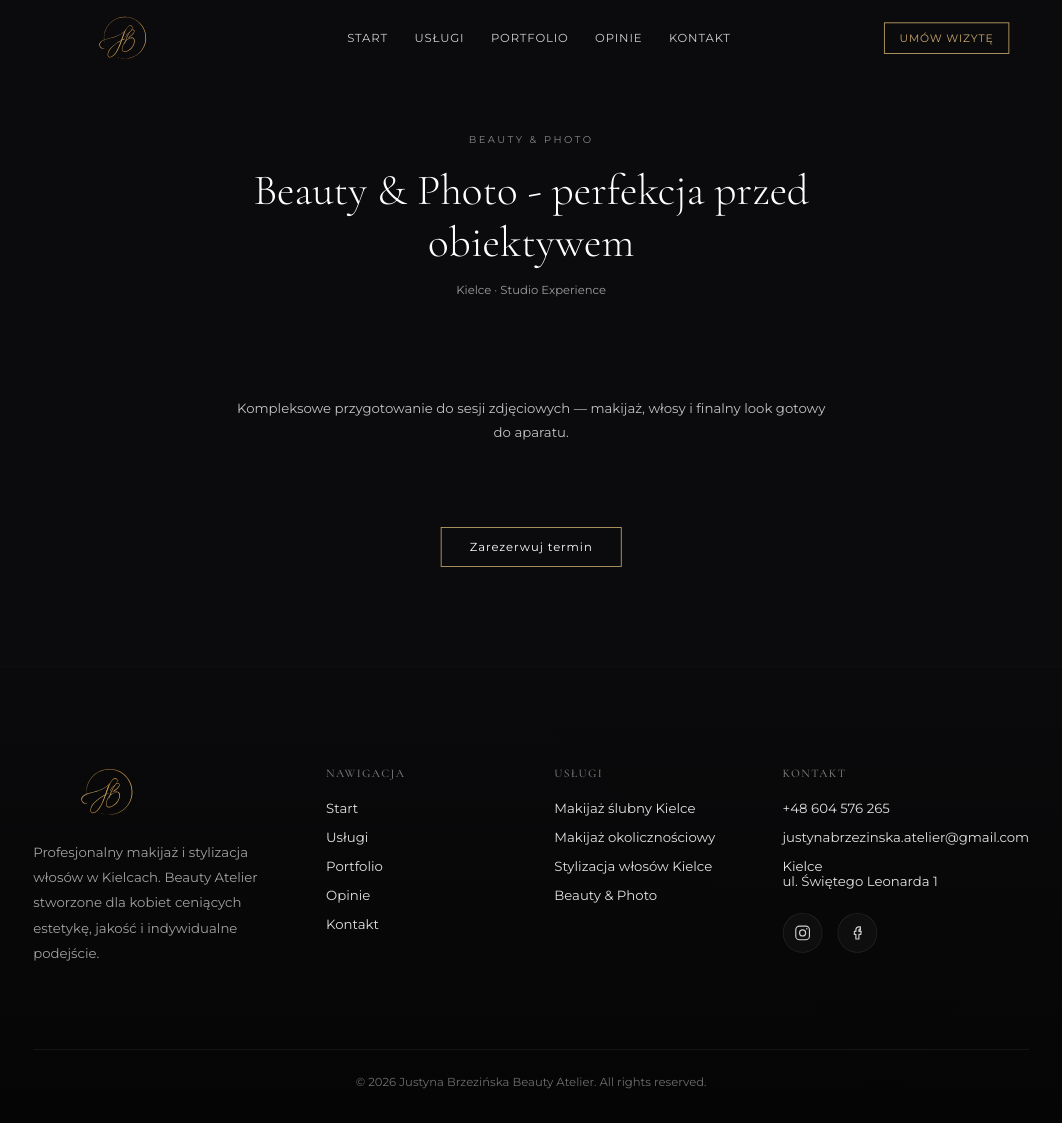
Repository: justynabrzezinskaatelier-bot/justynabrzezinska
Page: /uslugi/beauty-photo-kielce
These files come from the project's save history. The page is drawn as it stood at one moment and after a run of saves; the edit follows.
The browser window is 1280 px wide. The pictures show the whole page, at 83% of full size.
The project was rebuilt for these pictures with package versions that can differ from the ones it lists, and the page was loaded fresh each time. The framework's server and built-in components were replaced by stand-ins that run in the browser. Also part of the build but not shown: next.config.ts.

Above is the page before, as saved 2026-05-09 19:24:57.

After the next 2 saves:
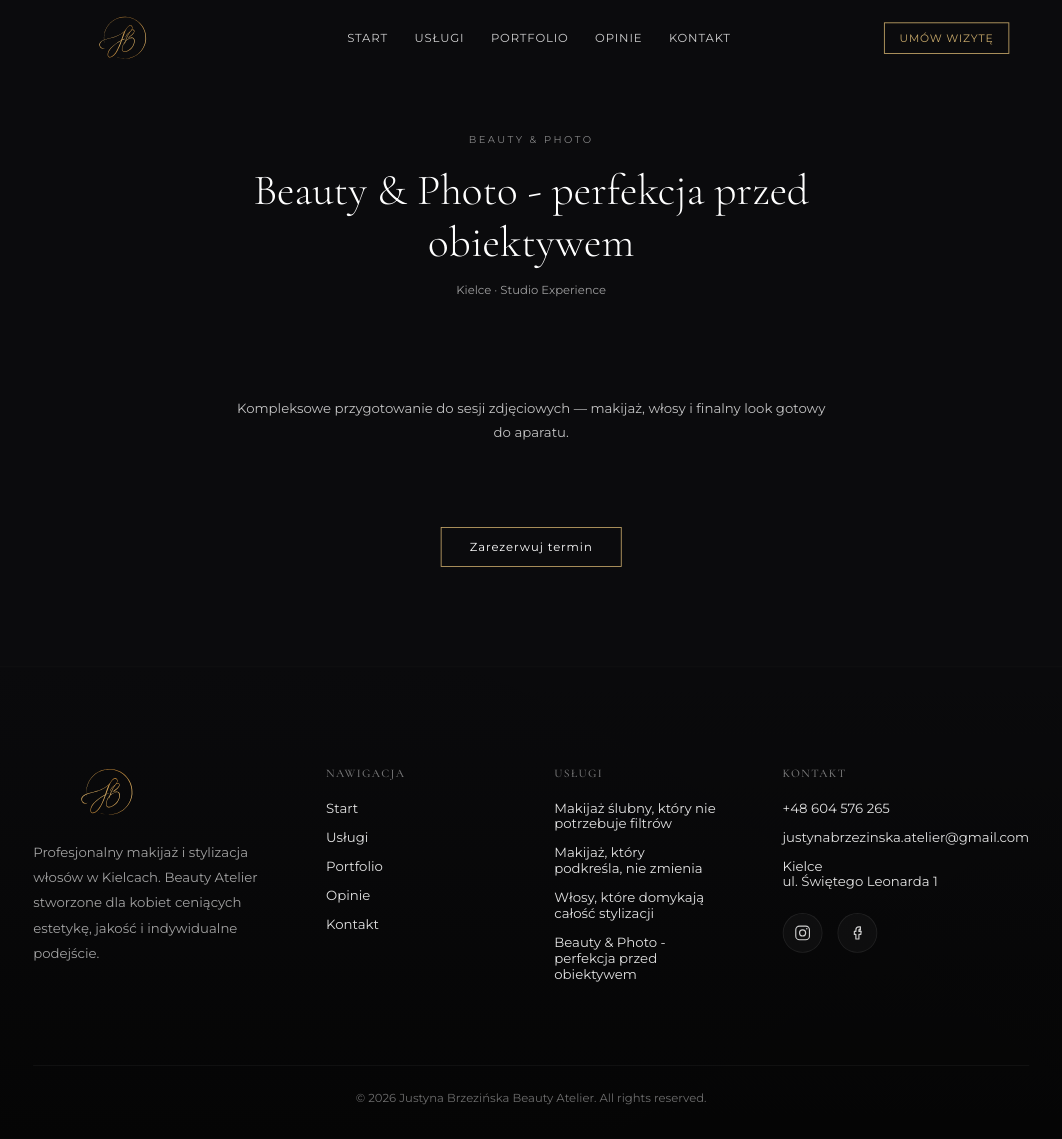
The 2 saves are shown as one change because 1 did not build or start.
The last was saved 94 s later.
--- a/src/components/Footer/Footer.tsx
+++ b/src/components/Footer/Footer.tsx
@@ -1,6 +1,7 @@
 import styles from "./Footer.module.css";
 import Link from "next/link";
 import Image from "next/image";
+import { services } from "@/lib/services";
 
 export default function Footer() {
     return (
@@ -37,26 +38,19 @@
                     </nav>
                 </div>
 
-                {/* SERVICES */}
+                {/* SERVICES (DYNAMICZNE) */}
                 <div className={styles.column}>
                     <h3>Usługi</h3>
 
                     <div className={styles.links}>
-                        <Link href="/uslugi">
-                            Makijaż ślubny Kielce
-                        </Link>
-
-                        <Link href="/uslugi">
-                            Makijaż okolicznościowy
-                        </Link>
-
-                        <Link href="/uslugi">
-                            Stylizacja włosów Kielce
-                        </Link>
-
-                        <Link href="/uslugi">
-                            Beauty & Photo
-                        </Link>
+                        {services.map((service) => (
+                            <Link
+                                key={service.slug}
+                                href={`/uslugi/${service.slug}`}
+                            >
+                                {service.title}
+                            </Link>
+                        ))}
                     </div>
                 </div>
 
@@ -115,7 +109,6 @@
         </footer>
     );
 }
-
 function InstagramIcon() {
     return (
         <svg width="22" height="22" viewBox="0 0 24 24" fill="none">

After the save that followed:
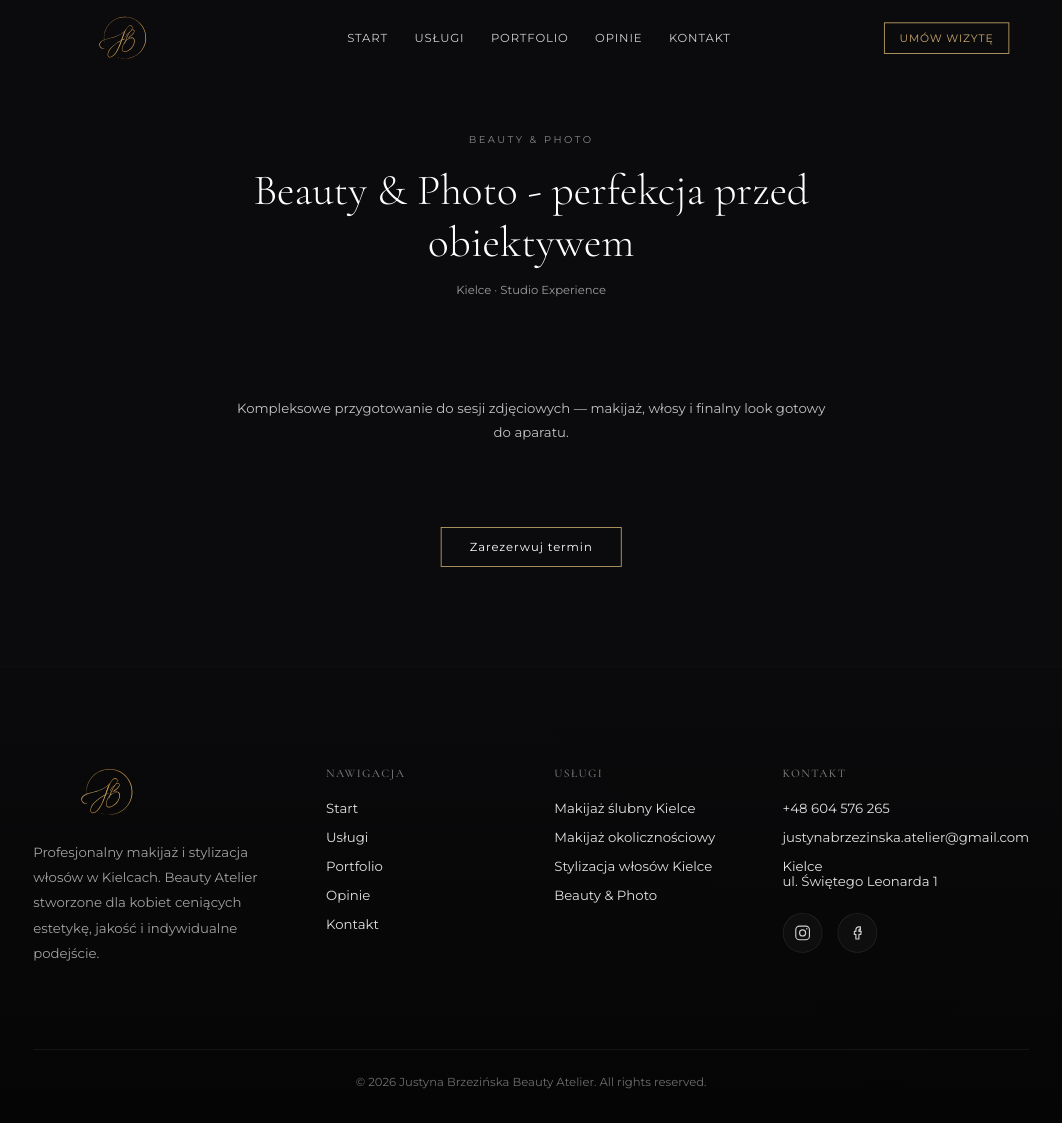
Saved 2 min 49 s later.
--- a/src/components/Footer/Footer.tsx
+++ b/src/components/Footer/Footer.tsx
@@ -1,7 +1,6 @@
 import styles from "./Footer.module.css";
 import Link from "next/link";
 import Image from "next/image";
-import { services } from "@/lib/services";
 
 export default function Footer() {
     return (
@@ -38,19 +37,26 @@
                     </nav>
                 </div>
 
-                {/* SERVICES (DYNAMICZNE) */}
+                {/* SERVICES */}
                 <div className={styles.column}>
                     <h3>Usługi</h3>
 
                     <div className={styles.links}>
-                        {services.map((service) => (
-                            <Link
-                                key={service.slug}
-                                href={`/uslugi/${service.slug}`}
-                            >
-                                {service.title}
-                            </Link>
-                        ))}
+                        <Link href="/uslugi">
+                            Makijaż ślubny Kielce
+                        </Link>
+
+                        <Link href="/uslugi">
+                            Makijaż okolicznościowy
+                        </Link>
+
+                        <Link href="/uslugi">
+                            Stylizacja włosów Kielce
+                        </Link>
+
+                        <Link href="/uslugi">
+                            Beauty & Photo
+                        </Link>
                     </div>
                 </div>
 
@@ -109,6 +115,7 @@
         </footer>
     );
 }
+
 function InstagramIcon() {
     return (
         <svg width="22" height="22" viewBox="0 0 24 24" fill="none">
